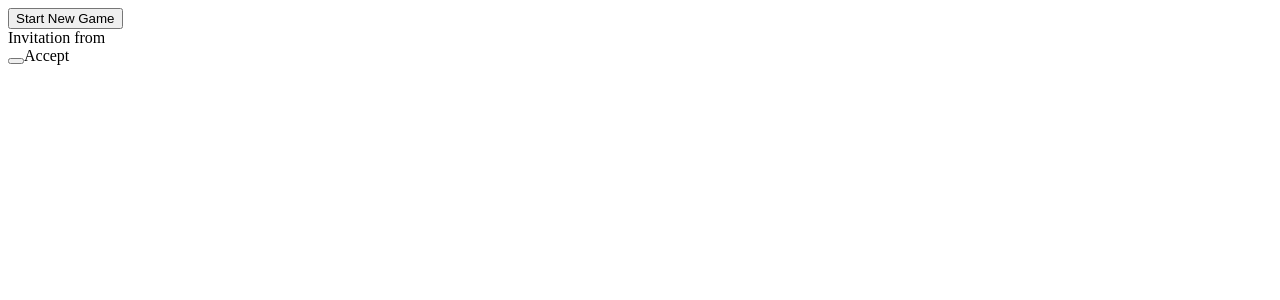
Repository: akshaydongaregit/OnlineChess
Page: view/home.html
The author's editor kept a copy of each file at every save. The page is drawn from the files as they stood at one save, then again after the next save.
The browser window is 1280 px wide. The pictures show the whole page.
The page's requests for data from a server got no answer.

Above is the page before, as saved 2019-10-06 16:16:47.

After the next save:
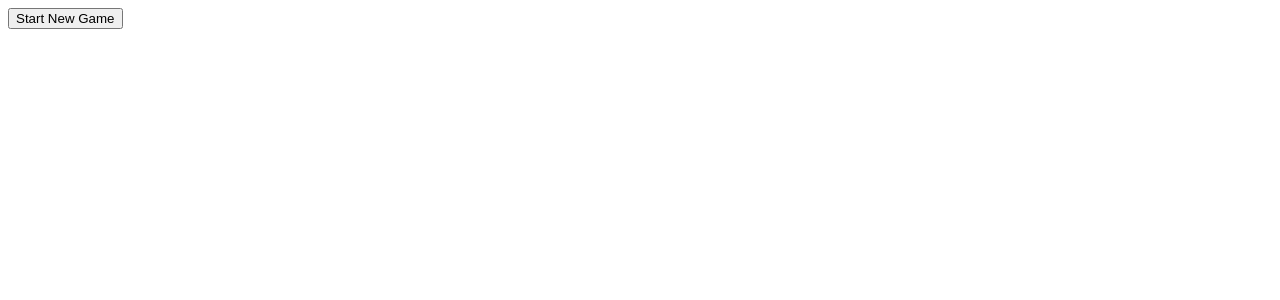
Saved 14 s later.
--- a/view/home.html
+++ b/view/home.html
@@ -7,10 +7,7 @@
             <button class="btn" value="Start" onclick='$.redirect("/req-new")'> Start New Game</button>
         </div>
         <div class="card-list" class="invitation-list">
-            <div class="card-item">
-                <div class="body" > Invitation from </div>
-                <button class="btn blue" onclick='acceptInv("")'></button>Accept</button>
-            </div>
+
         </div>
         <script type="text/javascript" src="../js/axios.min.js"></script>
         <script type="text/javascript" src="../js/main.js"></script>
